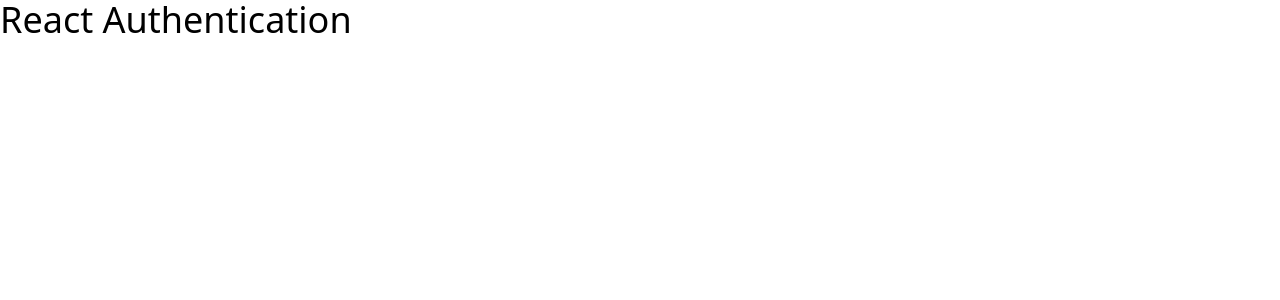
Repository: oderinde300/react-authentication-with-json-server
Page: /
An editor plug-in stored every save of this project. The page is shown before and after the next save, followed by the edit.
The browser window is 1280 px wide. The pictures show the whole page.
The project was rebuilt for these pictures with package versions that can differ from the ones it lists, and the page was loaded fresh each time. Also part of the build but not shown: src/App.css.

Above is the page before, as saved 2023-03-22 11:29:58.

After the next save:
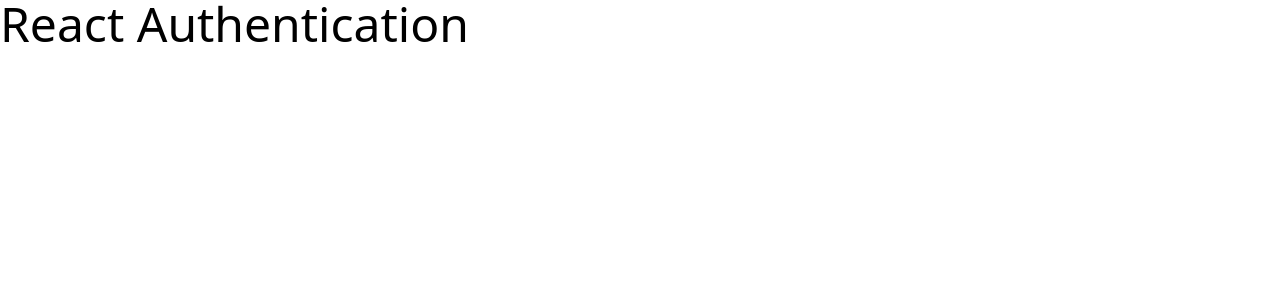
Saved 9 s later.
--- a/src/App.js
+++ b/src/App.js
@@ -3,7 +3,7 @@ import "./App.css";
 function App() {
   return (
     <div>
-      <h1 className="text-4xl">React Authentication</h1>
+      <h1 className="text-5xl">React Authentication</h1>
     </div>
   );
 }
